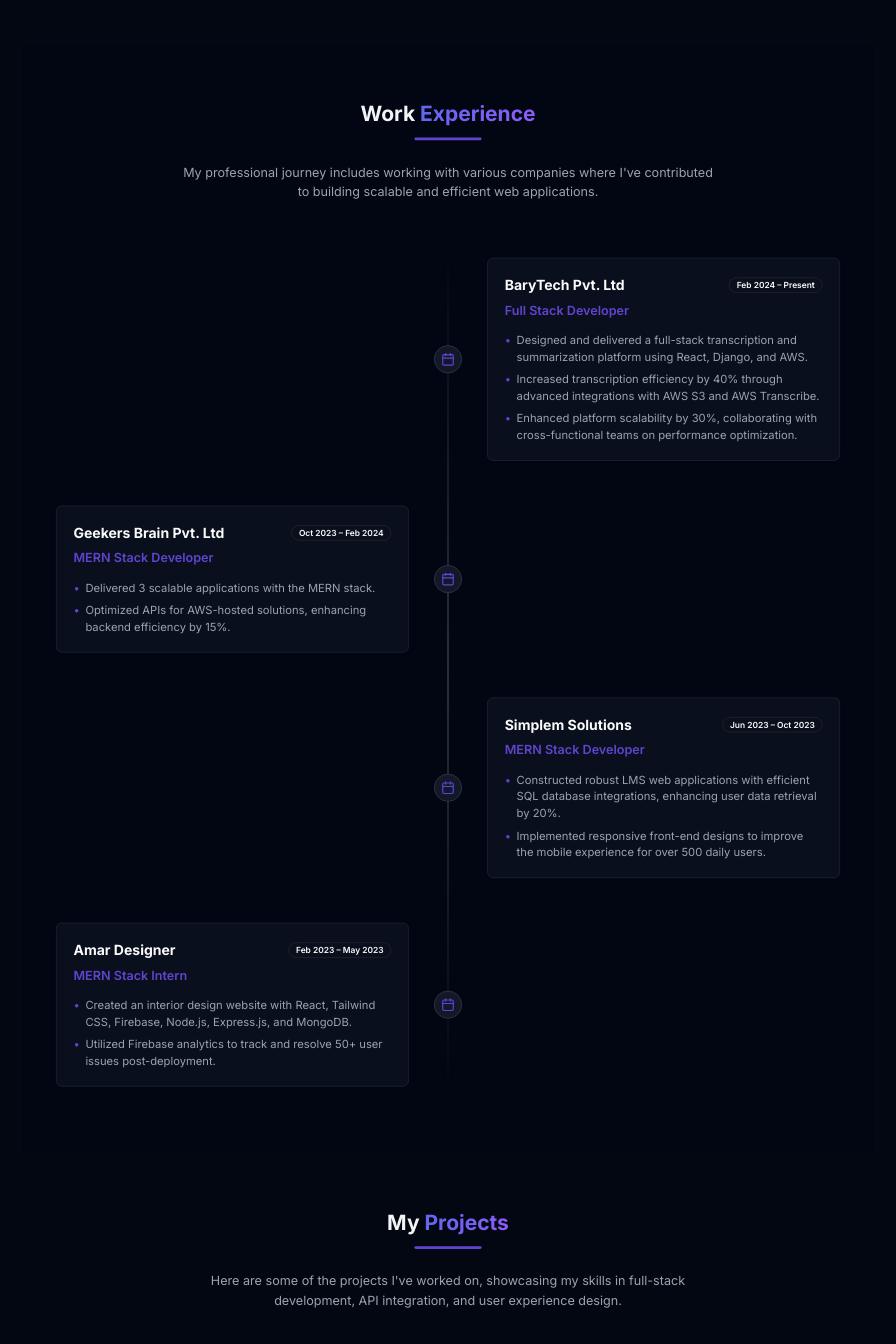
Repository: NoobCoderY/Yash
Page: /
An editor plug-in stored every save of this project. The page is shown before and after a run of saves, followed by the edit.
The browser window is 1280 px wide. The pictures show the part of the page from y = 1285 to 3205 px (the page is 7222 px tall), at 70% of full size.
The project was rebuilt for these pictures with package versions that can differ from the ones it lists, and the page was loaded fresh each time. The framework's server and built-in components were replaced by stand-ins that run in the browser. Also part of the build but not shown: next.config.mjs.

Above is the page before, as saved 2025-04-13 01:57:00.

After the next 2 saves:
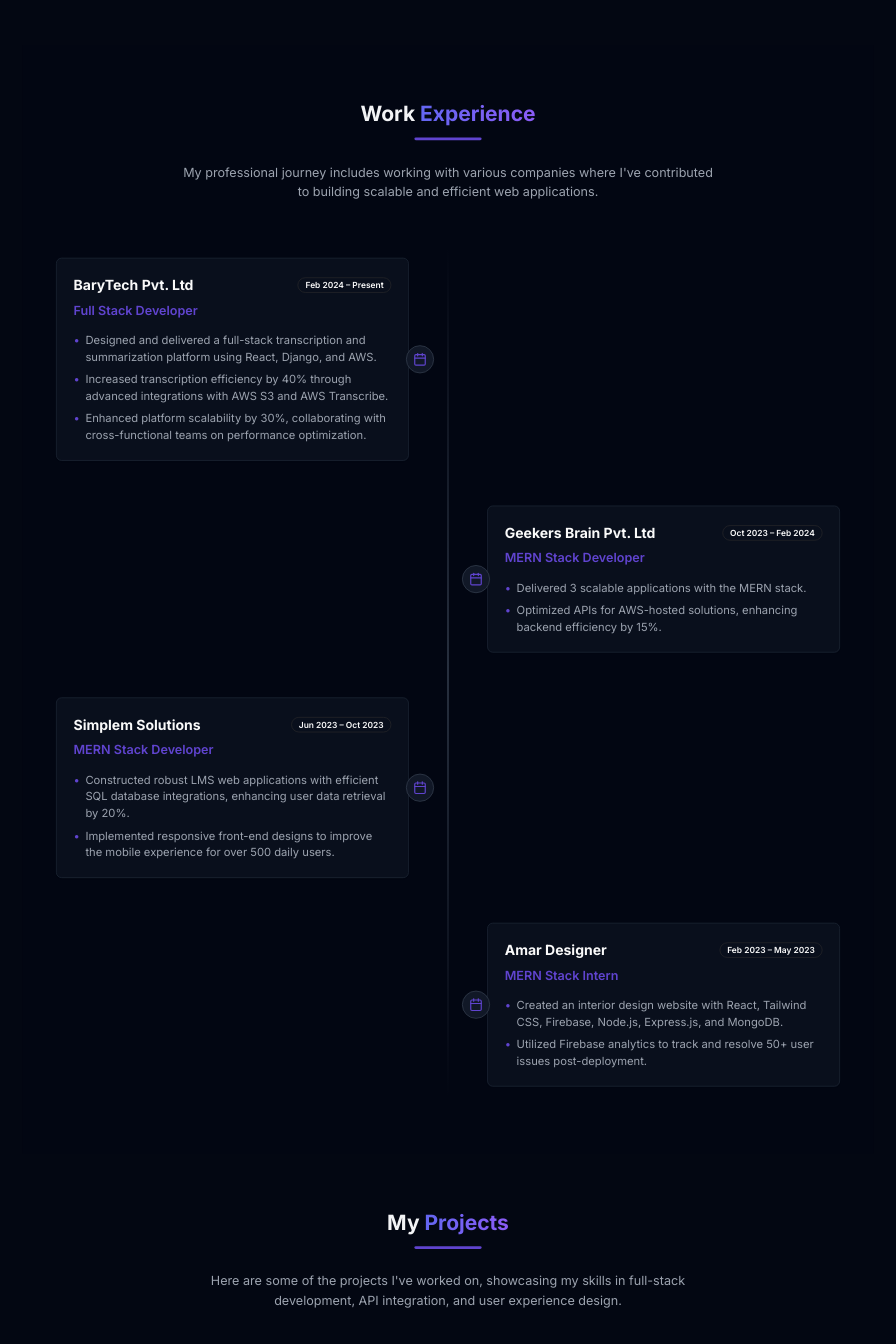
The 2 saves are shown as one change because they came seconds apart.
The last was saved 91 s later.
--- a/components/experience.tsx
+++ b/components/experience.tsx
@@ -78,7 +78,7 @@ export default function Experience() {
               initial={{ opacity: 0, y: 20 }}
               animate={isInView ? { opacity: 1, y: 0 } : { opacity: 0, y: 20 }}
               transition={{ duration: 0.5, delay: index * 0.1 }}
-              className="relative flex items-center justify-between md:justify-normal md:odd:flex-row-reverse group"
+              className="relative flex items-center justify-between md:justify-normal md:even:flex-row-reverse group"
             >
               <div className="flex items-center justify-center w-10 h-10 rounded-full border border-gray-700 bg-gray-900 text-primary shrink-0 md:order-1 md:group-odd:-translate-x-1/2 md:group-even:translate-x-1/2 z-10">
                 <Calendar size={20} />
